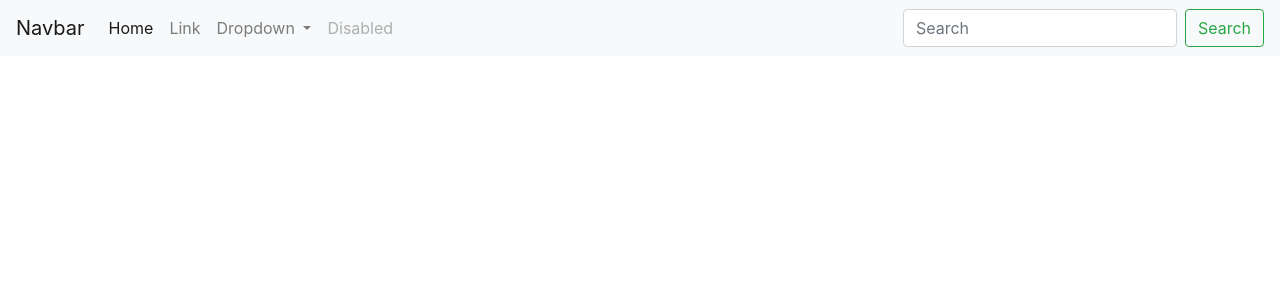
Repository: OsamaRaees/Trivia
Page: http://localhost/Trivia/
An editor plug-in stored every save of this project. The page is shown before and after the next save, followed by the edit.
The browser window is 1280 px wide. The pictures show the whole page.
The page is served by Tomcat 9.

Above is the page before, as saved 2019-04-05 04:35:37.

After the next save:
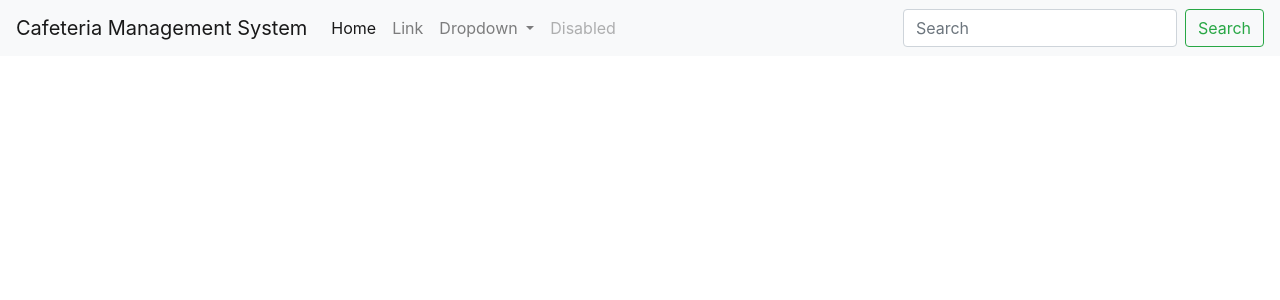
Saved 84 s later.
--- a/Trivia/WebContent/Main.jsp
+++ b/Trivia/WebContent/Main.jsp
@@ -10,7 +10,7 @@
 <body>
 
 <nav class="navbar navbar-expand-lg navbar-light bg-light">
-  <a class="navbar-brand" href="#">Navbar</a>
+  <a class="navbar-brand" href="#">Cafeteria Management System </a>
   <button class="navbar-toggler" type="button" data-toggle="collapse" data-target="#navbarSupportedContent" aria-controls="navbarSupportedContent" aria-expanded="false" aria-label="Toggle navigation">
     <span class="navbar-toggler-icon"></span>
   </button>
